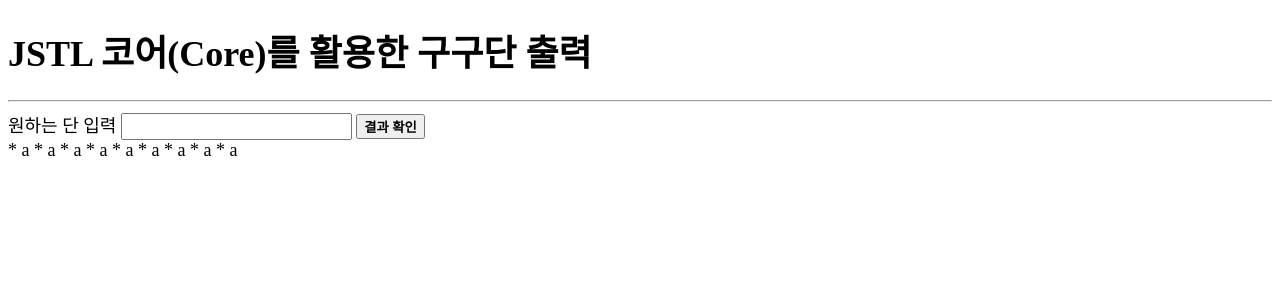
Repository: onpul/Web
Page: http://localhost/WebApp22/Gugudan.jsp
An editor plug-in stored every save of this project. The page is shown before and after the next save, followed by the edit.
The browser window is 1280 px wide. The pictures show the whole page.
The page is served by Tomcat 9. Other server files are loaded and not shown.

Above is the page before, as saved 2022-04-29 07:58:34.

### WebApp22/WebContent/Gugudan.jsp
<%@ page contentType="text/html; charset=UTF-8"%>
<%@ taglib prefix="c" uri="http://java.sun.com/jsp/jstl/core"%>
<%
	request.setCharacterEncoding("UTF-8");
	String cp = request.getContextPath();
%>
<!DOCTYPE html>
<html>
<head>
<meta charset="UTF-8">
<title>Gugudan.jsp</title>
<link rel="stylesheet" type="text/css" href="<%=cp %>/css/main.css">
</head>
<body>

<!-- 원하는 단을 입력받아 구구단을 출력하는 JSP 페이지를 구성한다.
     단, JSTL Core if 문과 forEach 구문을 활용한다. -->

<div>
	<h1>JSTL 코어(Core)를 활용한 구구단 출력</h1>
	<hr>
</div>

<div>
	<form action="">
		원하는 단 입력 <input type="text" name="dan" class="txt"/>

		<button type="submit" class="btn">결과 확인</button>
	</form>
</div>

<div>
	<!-- 결과 처리 -->
	<c:forEach var="a" begin="1" end="9" step="1">
		${dan } * a
	</c:forEach>
</div>

</body>
</html>

### WebApp22/WebContent/css/main.css
@charset "UTF-8";

*
{
	font-family: 맑은고딕;
	color: black;
}

body, p, div, span, input, table, th, td, select
{
	font-size: 18px;
}

.control
{
	border: 1px solid gray;
	border-radius: 3px;
}

.table
{
	border-collapse: collapse;
	width: 100%;
}

.table th, .table td
{
	border: 1px solid gray;
	border-left: 0px;
	border-right: 0px;
	padding: 3px;
	line-height: 150%;
}

.table th
{
	font-weight: bold;
	background-color: #eeeeee;
}

.btn
{
	font-weight: bold;
}

.btn:hover
{
	color: white;
	background-color: #787;
}

After the next save:
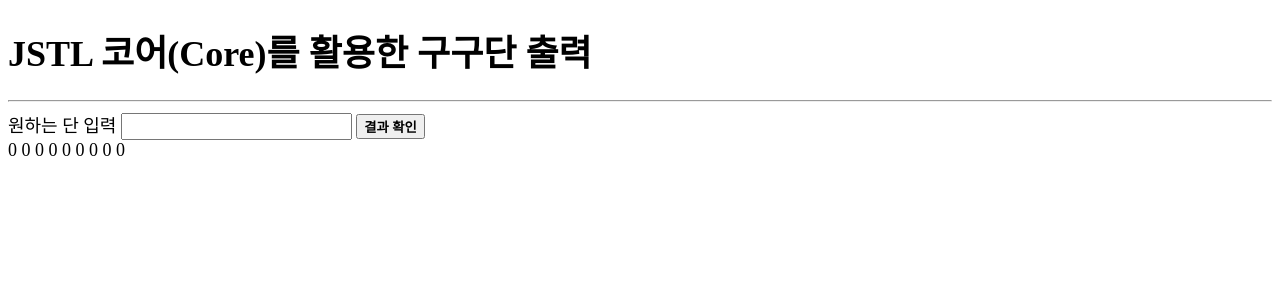
Saved 37 s later.
--- a/WebApp22/WebContent/Gugudan.jsp
+++ b/WebApp22/WebContent/Gugudan.jsp
@@ -32,7 +32,7 @@
 <div>
 	<!-- 결과 처리 -->
 	<c:forEach var="a" begin="1" end="9" step="1">
-		${dan } * a
+		${dan * a}
 	</c:forEach>
 </div>
 
